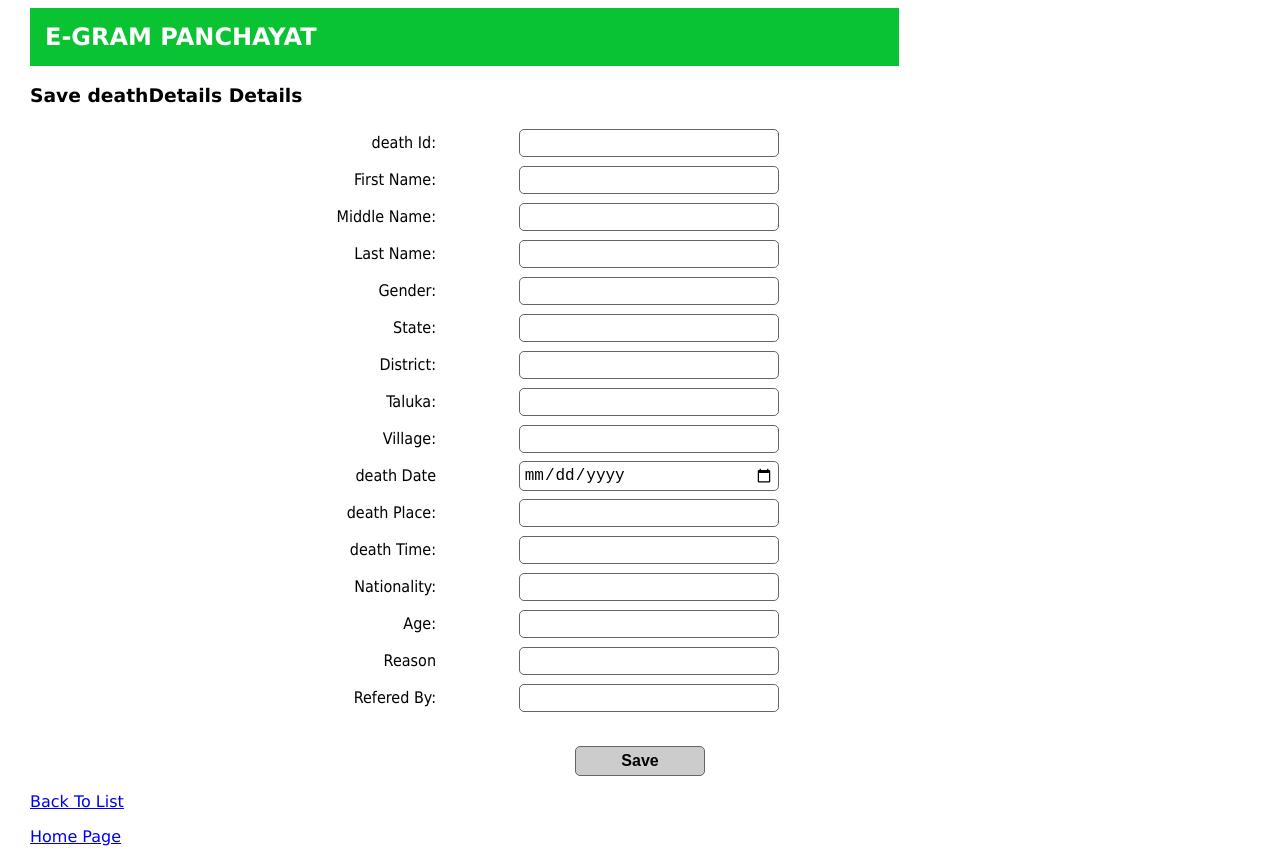
Repository: vsc8791/IMS
Page: http://localhost/epanchayat/WEB-INF/view/deathDetails-form.jsp
An editor plug-in stored every save of this project. The page is shown before and after the next save, followed by the edit.
The browser window is 1280 px wide. The pictures show the whole page.
The page is served by Tomcat 9. Nobody is signed in. Other server files are loaded and not shown. The template is opened directly, without the code that normally fills it, so the values that code supplies are empty.

Above is the page before, as saved 2018-07-30 04:52:59.

### epanchayat/WebContent/WEB-INF/view/deathDetails-form.jsp
 <%@ taglib prefix="form" uri="http://www.springframework.org/tags/form"%>
<!DOCTYPE html>
<html>
<head>

<title>Save deathDetails</title>
<link type="text/css" rel="stylesheet"
	href="${pageContext.request.contextPath}/resources/css/style.css">

<title>Save deathDetails</title>
<link type="text/css" rel="stylesheet"
	href="${pageContext.request.contextPath}/resources/css/add-customer-style.css">
</head>
<body>
	<div id="wrapper">
		<div id="header">
			<h2>E-GRAM PANCHAYAT</h2>
		</div>
	</div>
	<div>
		<h3>Save deathDetails Details</h3>
		<form:form action="saveDeathDetails" modelAttribute="deathDetails"
			method="POST">
			<!-- need to associate this data with deathDetails Id -->
			<form:hidden path="id"/>

			<table align="center">
				<tbody>
										<tr>
						<td><label>death Id:</label></td>
						<td><form:input path="deathid" /></td>
					</tr>
					<tr>
						<td><label>First Name:</label></td>
						<td><form:input path="firstname" /></td>
					</tr>
					<tr>
						<td><label>Middle Name:</label></td>
						<td><form:input path="middlename"/></td>
					</tr>
					<tr>
						<td><label>Last Name:</label></td>
						<td><form:input path="lastname" /></td>
					</tr>
					<tr>
						<td><label>Gender:</label></td>
						<td><form:input path="gender" /></td>
					</tr>
					<tr>
						<td><label>State:</label></td>
						<td><form:input path="state"/></td>
					</tr>
					<tr>
						<td><label>District:</label></td>
						<td><form:input path="district"  /></td>
					</tr>
					<tr>
						<td><label>Taluka:</label></td>
						<td><form:input path="taluka"/></td>
					</tr>
					<tr>
						<td><label>Village:</label></td>
						<td><form:input path="village"/></td>
					</tr>
					<tr>
						<td><label>death Date</label></td>
						<td><form:input path="deathdate" type="date"/></td>
					</tr>
					<tr>
						<td><label>death Place:</label></td>
						<td><form:input path="deathplace"/></td>
					</tr>
					<tr>
						<td><label>death Time:</label></td>
						<td><form:input path="deathtime"/></td>
					</tr>

					<tr>
						<td><label>Nationality:</label></td>
						<td><form:input path="nationality"/></td>
					</tr>

					<tr>
						<td><label> Age:</label></td>
						<td><form:input path="deathage" type="number"/></td>
					</tr>




					<tr>
						<td><label>Reason</label></td>
						<td><form:input path="deathreason" /></td>
					</tr>
					<tr>
						<td><label>Refered By:</label></td>
						<td><form:input path="referedby"/></td>
					</tr>
				</tbody>

			</table>
			<center><input  type="submit" value="Save" class="save" /></center>
		</form:form>
		<!--  <center><input  type="submit" value="Save" class="save"/> </center> -->
		<div style="clear;both;"></div>
		<p><a href="${pageContext.request.contextPath}/deathDetails/list">Back To List</a></p>
			<a href="http://localhost:8082/epanchayat/">Home Page</a>
	</div>

</body>


</html>

### epanchayat/WebContent/resources/css/style.css
html, body{
	margin-left:15px; margin-right:15px;
	padding:0px;
	font-family:Verdana, Arial, Helvetica, sans-serif;
}

table {
	border-collapse:collapse;
	border-bottom:1px solid gray;
	font-family: Tahoma,Verdana,Segoe,sans-serif;
	width:72%;
}

th {
	border-bottom:1px solid gray;
	background:none repeat scroll 0 0 #ca0702;
	padding:10px;
	color: #FFFFFF;
}

tr {
	border-top:1px solid gray;
	text-align:center;
}

tr:nth-child(even) {background: #FFFFFF}
tr:nth-child(odd) {background: #BBBBBB}

#wrapper {width: 100%; margin-top: 0px; }
#header {width: 70%; background:#09c332; margin-top: 0px; padding:15px 0px 15px 15px;}
#header h2 {width: 100%; margin:auto; color: #FFFFFF;}
#container {width: 100%; margin:auto}
#container h3 {color: #000;}
#container #content {margin-top: 20px;}

.add-button {
	border: 1px solid #666;
	border-radius: 5px;
	padding: 4px;
	font-size: 12px;
	font-weight: bold;
	width: 120px;
	padding: 5px 10px;

	margin-bottom: 15px;
	background: #cccccc;
}

Loaded but not shown: epanchayat/WebContent/resources/css/add-customer-style.css (common file)

After the next save:
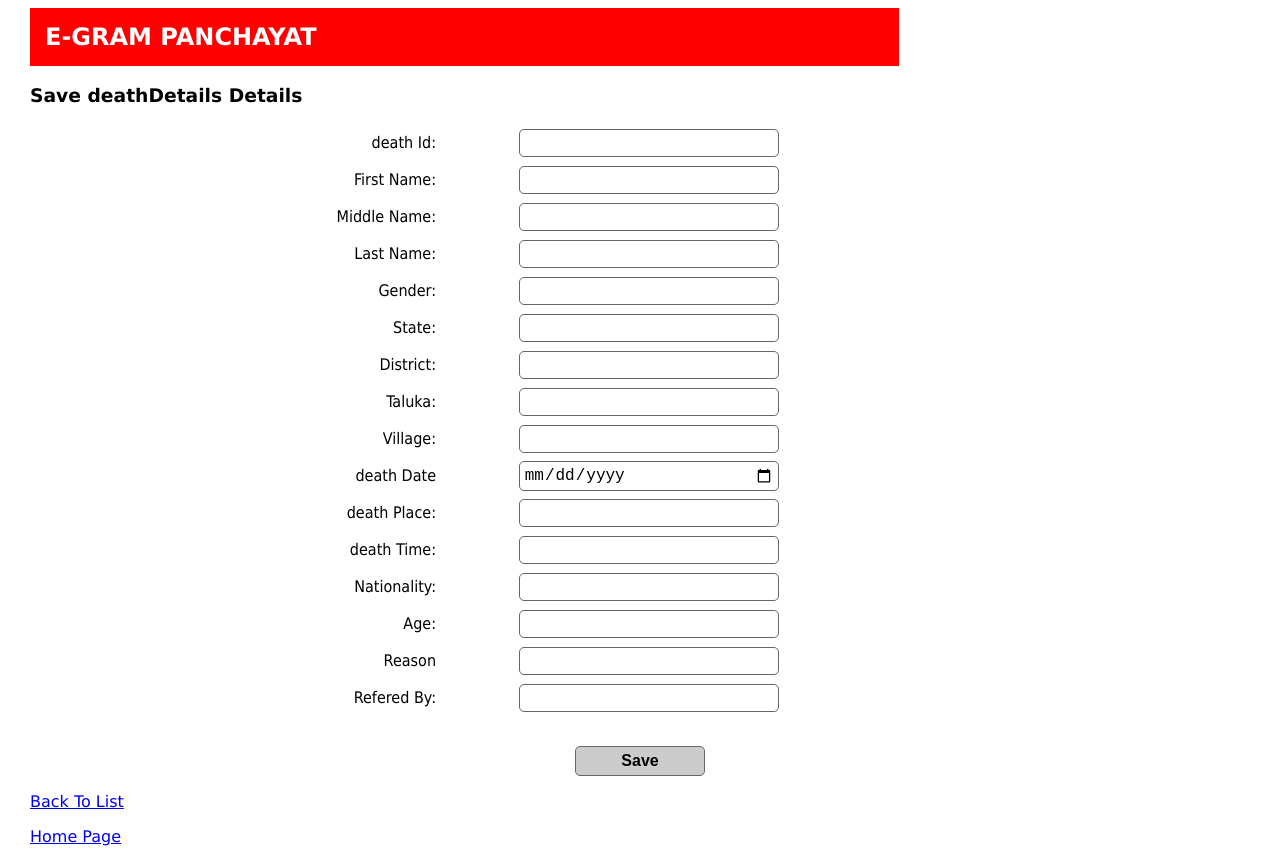
Saved 70 s later.
--- a/epanchayat/WebContent/resources/css/style.css
+++ b/epanchayat/WebContent/resources/css/style.css
@@ -27,7 +27,7 @@ tr:nth-child(even) {background: #FFFFFF}
 tr:nth-child(odd) {background: #BBBBBB}
 
 #wrapper {width: 100%; margin-top: 0px; }
-#header {width: 70%; background:#09c332; margin-top: 0px; padding:15px 0px 15px 15px;}
+#header {width: 70%; background:#ff0000; margin-top: 0px; padding:15px 0px 15px 15px;}
 #header h2 {width: 100%; margin:auto; color: #FFFFFF;}
 #container {width: 100%; margin:auto}
 #container h3 {color: #000;}
